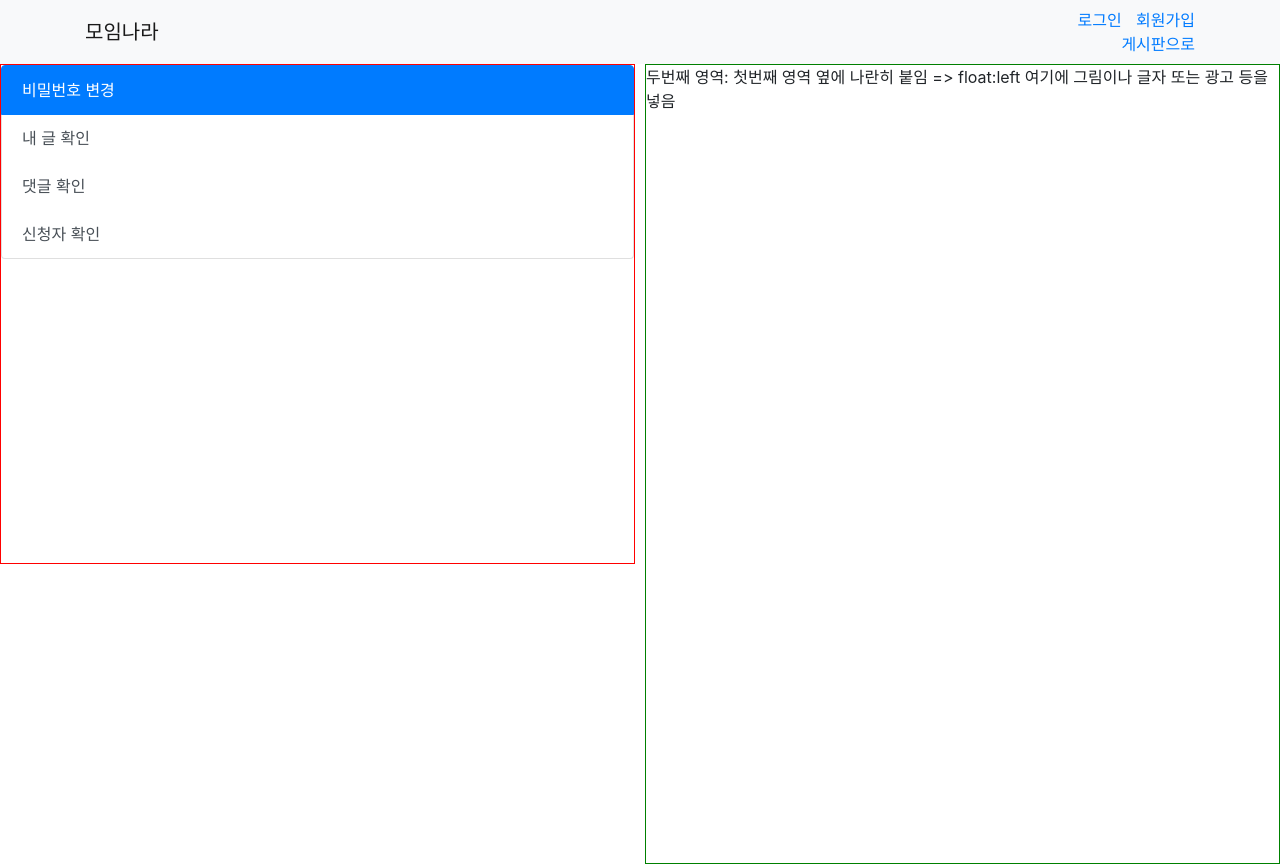
Repository: cmg9707/Devfox-spring-project
Page: http://localhost/DevJUS/WEB-INF/views/JUS/info.jsp
An editor plug-in stored every save of this project. The page is shown before and after the next save, followed by the edit.
The browser window is 1280 px wide. The pictures show the whole page.
Some web libraries are served in a nearby version. The page is served by Tomcat 9. Nobody is signed in. Other server files are loaded and not shown. The template is opened directly, without the code that normally fills it, so the values that code supplies are empty.

Above is the page before, as saved 2023-04-13 23:35:58.

### DevJUS/src/main/webapp/WEB-INF/views/JUS/info.jsp
<%@ page language="java" contentType="text/html; charset=UTF-8"
	pageEncoding="UTF-8"%>
<%@ taglib uri="http://java.sun.com/jsp/jstl/core" prefix="c"%>


<!DOCTYPE html>
<html>
<head>
<script
	src="https://ajax.googleapis.com/ajax/libs/jquery/1.11.0/jquery.min.js"></script>
<meta http-equiv="X-UA-Compatible" content="IE=edge">
<meta name="viewport" content="width=device-width, initial-scale=1">
<link
	href="https://cdn.jsdelivr.net/npm/bootstrap@5.3.0-alpha1/dist/css/bootstrap.min.css"
	rel="stylesheet"
	integrity="sha384-GLhlTQ8iRABdZLl6O3oVMWSktQOp6b7In1Zl3/Jr59b6EGGoI1aFkw7cmDA6j6gD"
	crossorigin="anonymous">
<link rel="stylesheet"
	//href="https://stackpath.bootstrapcdn.com/bootstrap/4.3.1/css/bootstrap.min.css"
	integrity="sha384-ggOyR0iXCbMQv3Xipma34MD+dH/1fQ784/j6cY/iJTQUOhcWr7x9JvoRxT2MZw1T"
	crossorigin="anonymous">
<meta charset="UTF-8">
<title>Insert title here</title>

</head>
<body>
	       <!-- Navigation-->
        <nav class="navbar navbar-light bg-light static-top">
            <div class="container">
                <a class="navbar-brand" href="index">모임나라</a>
                <div style="text-align: right;">
        <c:if test = "${user.user_power == 'x'}"> <!-- user -->
				<a href="user_mu" ><img src="/resources/css/img/user.png" alt="" style="width: 10%;"></a>
				${user.user_name}
				<a href="index" ><img src="/resources/css/img/logout.png" alt="" style="width: 10%;"></a>
		</c:if>
		<c:if test = "${user.user_power == 'o'}"> <!-- admin -->
				<a href="user_mu" >관리자</a>
				<a href="index" ><img src="/resources/css/img/logout.png" alt="" style="width: 10%;"></a>
		</c:if>
		 <c:if test = "${empty user}">
                <div >
				<a href="login" style="margin: 10px;">로그인</a>
                <a href="join">회원가입</a>
             	</div>
        </c:if>
        	<a href="board" >게시판으로</a>
             	</div>
            </div>

        </nav>

<div style="display: flex; justify-content: center;">
  <div style="width:700px; height:500px; border:1px solid red; float:left; margin-right:10px;">
    	<div class="list-group">
  			<button type="button" class="list-group-item list-group-item-action active" aria-current="true">비밀번호 변경</button>
  			<button type="button" class="list-group-item list-group-item-action">내 글 확인</button>
  			<button type="button" class="list-group-item list-group-item-action">댓글 확인</button>
  			<button type="button" class="list-group-item list-group-item-action">신청자 확인</button>
</div>
  </div>
  <div style="width:700px; height:800px; border:1px solid green; float:left;">
    두번째 영역:
    첫번째 영역 옆에 나란히 붙임 => float:left
    여기에 그림이나 글자 또는 광고 등을 넣음
  </div>
</div>
	<script>

	</script>
</body>
</html>

After the next save:
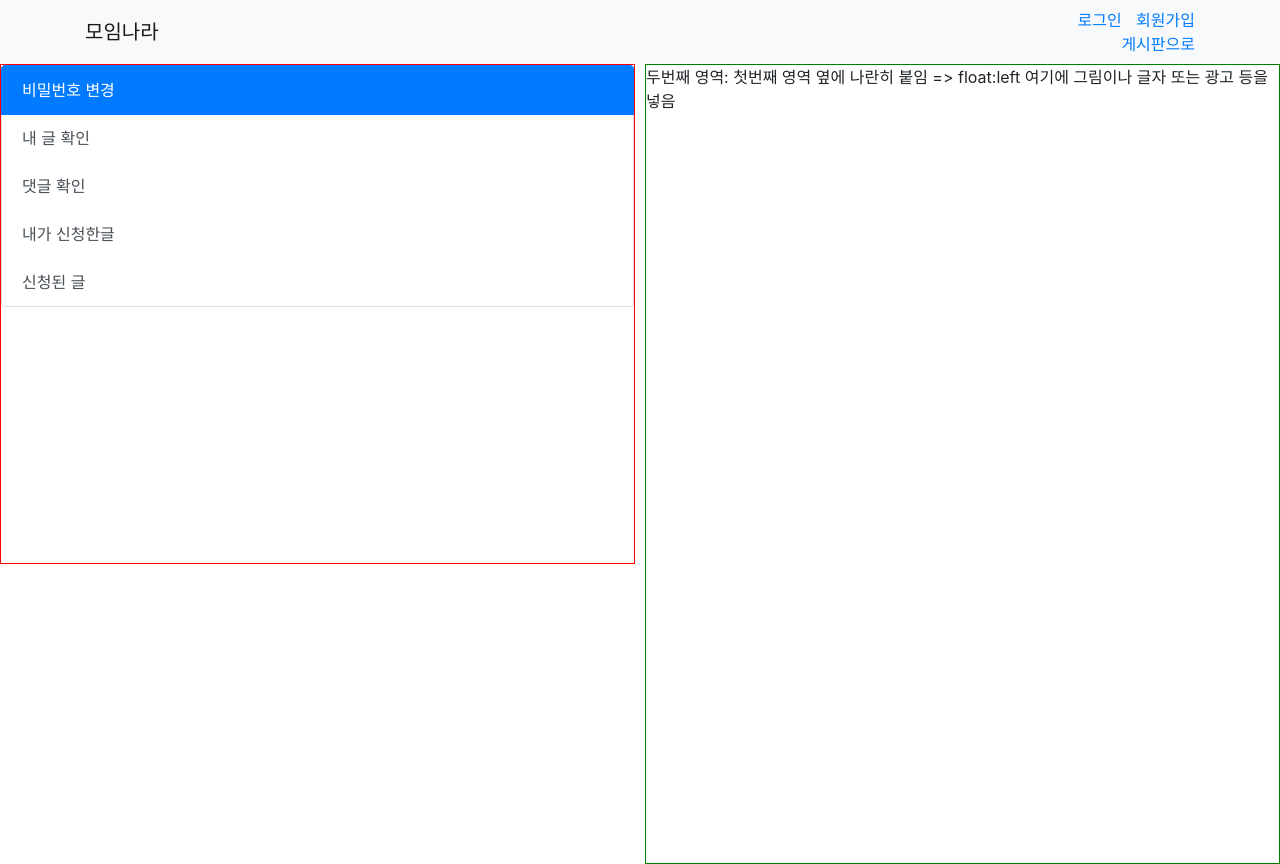
Saved 4 min 0 s later.
--- a/DevJUS/src/main/webapp/WEB-INF/views/JUS/info.jsp
+++ b/DevJUS/src/main/webapp/WEB-INF/views/JUS/info.jsp
@@ -53,10 +53,12 @@
 <div style="display: flex; justify-content: center;">
   <div style="width:700px; height:500px; border:1px solid red; float:left; margin-right:10px;">
     	<div class="list-group">
-  			<button type="button" class="list-group-item list-group-item-action active" aria-current="true">비밀번호 변경</button>
-  			<button type="button" class="list-group-item list-group-item-action">내 글 확인</button>
-  			<button type="button" class="list-group-item list-group-item-action">댓글 확인</button>
-  			<button type="button" class="list-group-item list-group-item-action">신청자 확인</button>
+  			<button type="button" id="pass"  class="list-group-item list-group-item-action active" aria-current="true">비밀번호 변경</button>
+  			<button type="button" id="mytext" class="list-group-item list-group-item-action">내 글 확인</button>
+  			<button type="button" id="myre" class="list-group-item list-group-item-action">댓글 확인</button>
+  			<button type="button" id="myrequest"  class="list-group-item list-group-item-action">내가 신청한글</button>
+  			<button type="button" id="yourequest"  class="list-group-item list-group-item-action">신청된 글</button>
+
 </div>
   </div>
   <div style="width:700px; height:800px; border:1px solid green; float:left;">
@@ -65,6 +67,7 @@
     여기에 그림이나 글자 또는 광고 등을 넣음
   </div>
 </div>
+<script src="https://ajax.googleapis.com/ajax/libs/jquery/3.6.0/jquery.min.js"></script>
 	<script>
 
 	</script>
